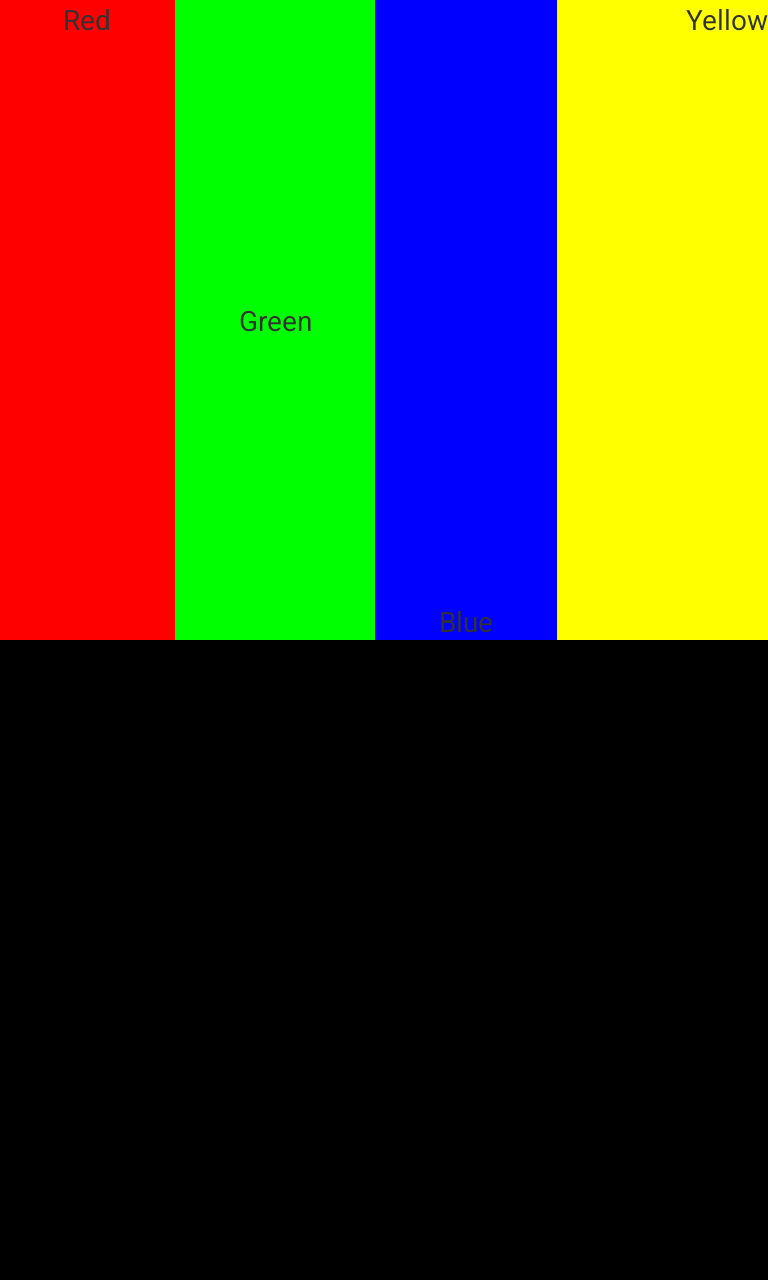
Repository: LuciferUltraM/workspace-utk
Layout: HelloViews/res/layout/activity_main.xml
An editor plug-in stored every save of this project. The layout is shown before and after the next save, followed by the edit.
It is drawn on a 768 x 1280 px phone screen (xhdpi) without system bars, with theme AppTheme; the app's code is not run.

Above is the layout before, as saved 2013-05-22 08:02:26.

### HelloViews/res/layout/activity_main.xml
<LinearLayout xmlns:android="http://schemas.android.com/apk/res/android"
    android:layout_width="fill_parent"
    android:layout_height="fill_parent"
    android:orientation="vertical" >

    <LinearLayout
        android:layout_width="match_parent"
        android:layout_height="match_parent"
        android:layout_weight="1"
        android:background="@android:color/darker_gray"
        android:orientation="horizontal" >

        <TextView
            android:id="@+id/textView1"
            android:layout_width="wrap_content"
            android:layout_height="match_parent"
            android:layout_weight="1"
            android:background="#ff0000"
            android:gravity="top|center"
            android:text="Red" />

        <TextView
            android:id="@+id/textView2"
            android:layout_width="wrap_content"
            android:layout_height="match_parent"
            android:layout_weight="1"
            android:background="#00ff00"
            android:gravity="center"
            android:text="Green" />

        <TextView
            android:id="@+id/textView3"
            android:layout_width="wrap_content"
            android:layout_height="match_parent"
            android:layout_weight="1"
            android:background="#0000ff"
            android:gravity="bottom|center"
            android:text="Blue" />

        <TextView
            android:id="@+id/textView4"
            android:layout_width="wrap_content"
            android:layout_height="match_parent"
            android:layout_weight="1"
            android:background="#ffff00"
            android:gravity="top|right"
            android:text="Yellow" />

    </LinearLayout>

    <LinearLayout
        android:layout_width="match_parent"
        android:layout_height="match_parent"
        android:layout_weight="1"
        android:background="@android:color/black"
        android:orientation="vertical" >

    </LinearLayout>

</LinearLayout>

Loaded but not shown: HelloViews/res/values/styles.xml (common file); HelloViews/res/values-v11/styles.xml (common file); HelloViews/res/values-v14/styles.xml (common file)

After the next save:
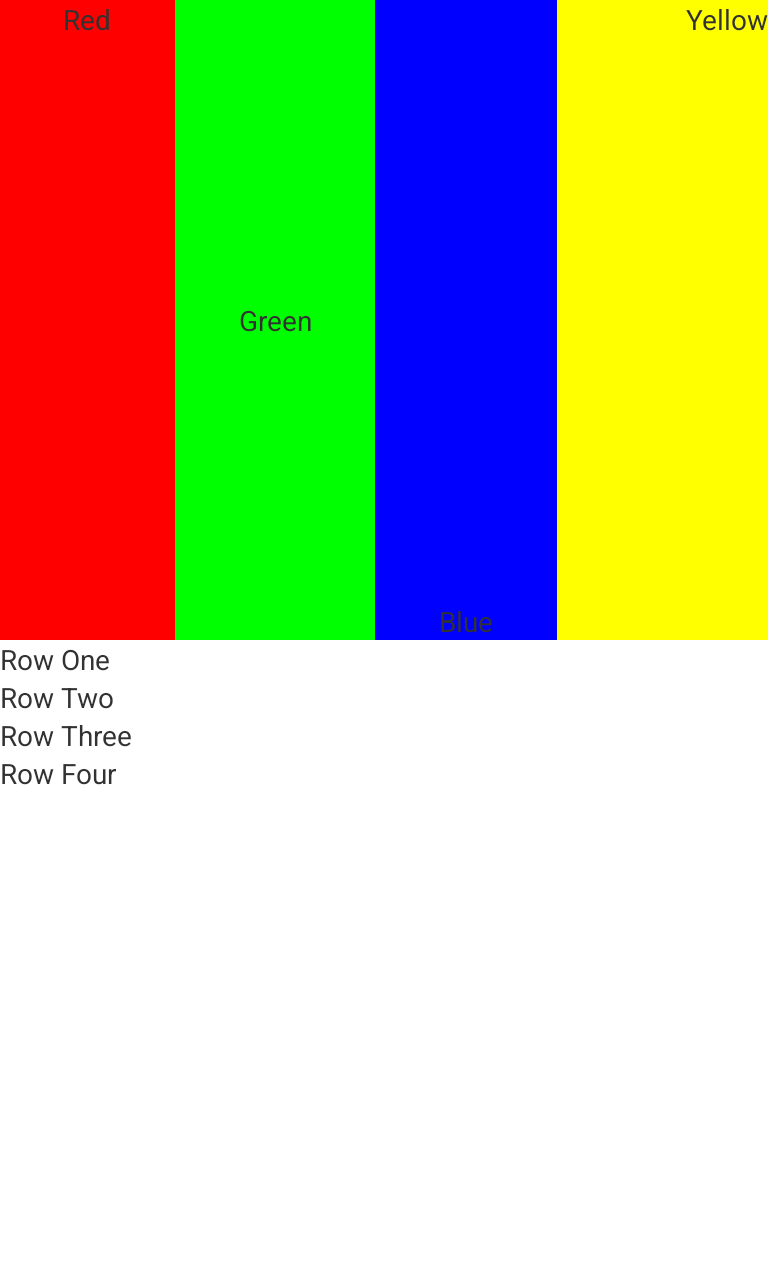
Saved 116 s later.
--- a/HelloViews/res/layout/activity_main.xml
+++ b/HelloViews/res/layout/activity_main.xml
@@ -52,8 +52,31 @@
         android:layout_width="match_parent"
         android:layout_height="match_parent"
         android:layout_weight="1"
-        android:background="@android:color/black"
         android:orientation="vertical" >
+
+        <TextView
+            android:id="@+id/textView5"
+            android:layout_width="wrap_content"
+            android:layout_height="wrap_content"
+            android:text="Row One" />
+
+        <TextView
+            android:id="@+id/textView6"
+            android:layout_width="wrap_content"
+            android:layout_height="wrap_content"
+            android:text="Row Two" />
+
+        <TextView
+            android:id="@+id/textView7"
+            android:layout_width="wrap_content"
+            android:layout_height="wrap_content"
+            android:text="Row Three" />
+
+        <TextView
+            android:id="@+id/textView8"
+            android:layout_width="wrap_content"
+            android:layout_height="wrap_content"
+            android:text="Row Four" />
 
     </LinearLayout>
 
